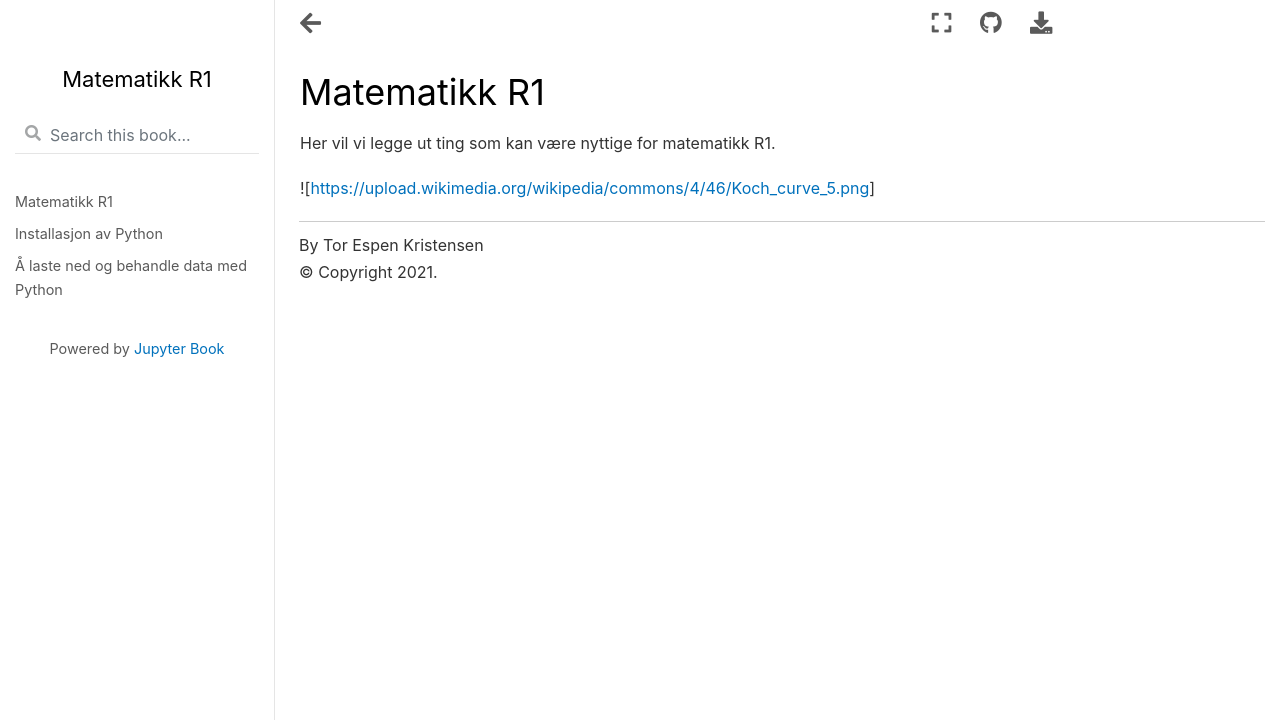
Repository: tork73/R1
Page: R1-programmering/_build/html/intro.html
These files come from the project's save history. The page is drawn as it stood at one moment and after the next save; the edit follows.
The browser window is 1280 px wide. The pictures show the whole page.

Above is the page before, as saved 2022-01-31 14:27:20.

After the next save:
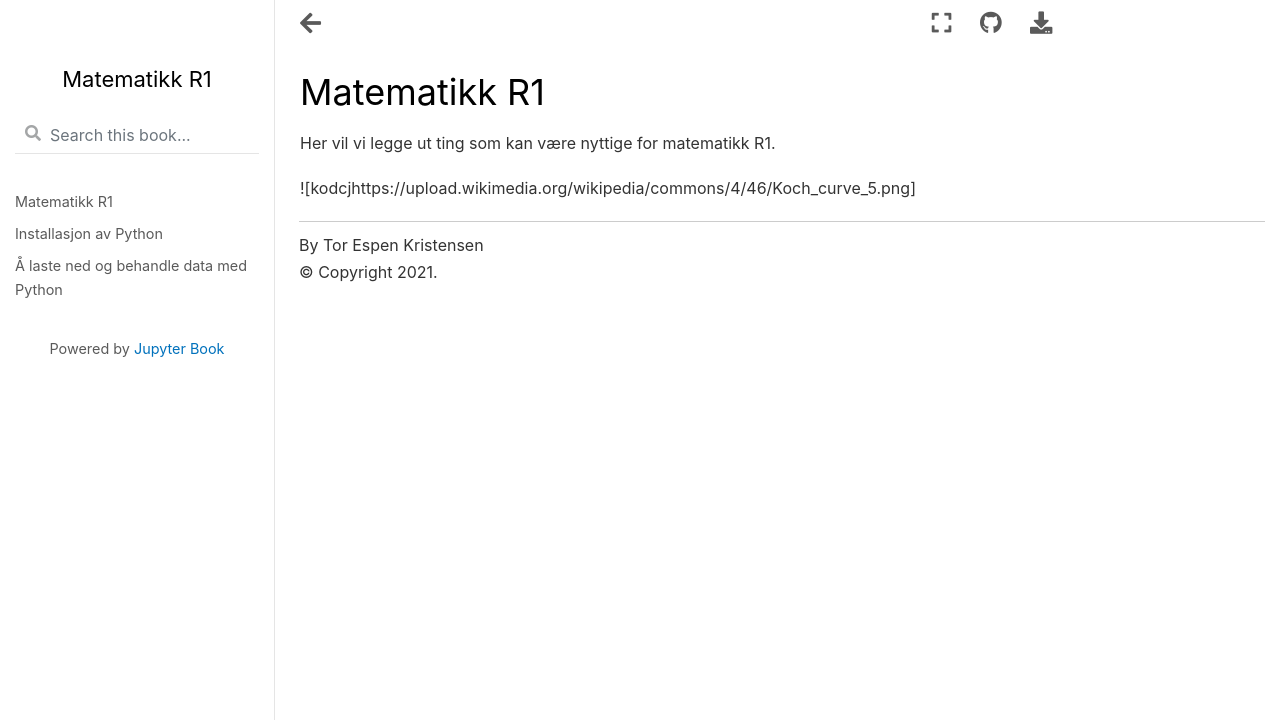
Saved 3 s later.
--- a/R1-programmering/_build/html/intro.html
+++ b/R1-programmering/_build/html/intro.html
@@ -142,7 +142,7 @@
         <!-- ipynb file if we had a myst markdown file -->
 
         <!-- Download raw file -->
-        <a class="dropdown-buttons" href="../_sources/.history/intro_20220131142720.md"><button type="button"
+        <a class="dropdown-buttons" href="../_sources/.history/intro_20220131142723.md"><button type="button"
                 class="btn btn-secondary topbarbtn" title="Download source file" data-toggle="tooltip"
                 data-placement="left">.md</button></a>
         <!-- Download PDF via print -->
@@ -162,7 +162,7 @@
                 data-toggle="tooltip" data-placement="left" title="Source repository"><i
                     class="fab fa-github"></i>repository</button></a>
         <a class="issues-button"
-            href="https://github.com/executablebooks/jupyter-book/issues/new?title=Issue%20on%20page%20%2F.history/intro_20220131142720.html&body=Your%20issue%20content%20here."><button
+            href="https://github.com/executablebooks/jupyter-book/issues/new?title=Issue%20on%20page%20%2F.history/intro_20220131142723.html&body=Your%20issue%20content%20here."><button
                 type="button" class="btn btn-secondary topbarbtn" data-toggle="tooltip" data-placement="left"
                 title="Open an issue"><i class="fas fa-lightbulb"></i>open issue</button></a>
 
@@ -204,7 +204,7 @@
   <div class="tex2jax_ignore mathjax_ignore section" id="matematikk-r1">
 <h1>Matematikk R1<a class="headerlink" href="#matematikk-r1" title="Permalink to this headline">¶</a></h1>
 <p>Her vil vi legge ut ting som kan være nyttige for matematikk R1.</p>
-<p>![<a class="reference external" href="https://upload.wikimedia.org/wikipedia/commons/4/46/Koch_curve_5.png">https://upload.wikimedia.org/wikipedia/commons/4/46/Koch_curve_5.png</a>]</p>
+<p>![kodcjhttps://upload.wikimedia.org/wikipedia/commons/4/46/Koch_curve_5.png]</p>
 </div>
 
     <script type="text/x-thebe-config">
